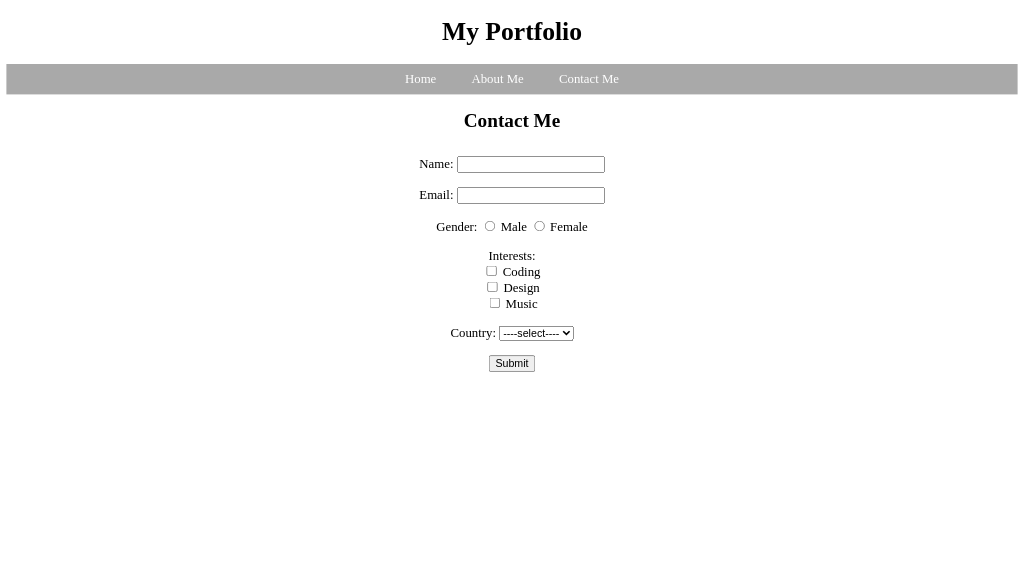
Repository: harshitanthal1/my_portfolio
Page: public/contactme.html
The author's editor kept a copy of each file at every save. The page is drawn from the files as they stood at one save, then again after the next save.
The browser window is 1280 px wide. The pictures show the whole page, at 80% of full size.

Above is the page before, as saved 2024-02-04 11:20:25.

### public/contactme.html
<!DOCTYPE html>
<html lang="en">
<head>
    <meta charset="UTF-8">
    <meta name="viewport" content="width=device-width, initial-scale=1.0">
    <title>My Portfolio</title>
    <link rel="stylesheet" href="styles/styles.css" />
</head>
<body>
    <header><h1>My Portfolio</h1></header>
    <nav>
        <li><a href="index.html" >Home</a></li>
        <li><a href="aboutme.html" >About Me</a></li>
        <li><a href="contactme.html" >Contact Me</a></li>
    </nav>

    <h2>Contact Me</h2>
  <form>
    <label for="name">Name:</label>
    <input type="text" id="name" name="name" required>
    <br />
    <br />

    <label for="email">Email:</label>
    <input type="email" id="email" name="email" required>
    <br />
    <br />

    <label>Gender:</label>
    <label><input type="radio" name="gender" value="male"> Male</label>
    <label><input type="radio" name="gender" value="female"> Female</label>
    <br />
    <br />

    <label for="interests">Interests:</label><br />
    <label><input type="checkbox" name="interests" value="coding"> Coding</label><br />
    <label><input type="checkbox" name="interests" value="design"> Design</label><br />
    <label><input type="checkbox" name="interests" value="music"> Music</label><br />
    <br />

    <label for="country">Country:</label>
    <select id="country" name="country">
      <option value="select">----select----</option>
      <option value="india">India</option>
      <option value="usa">USA</option>
      <option value="canada">Canada</option>
      <option value="uk">UK</option>
    </select>
    <br />
    <br />

    <input type="submit" value="Submit">
  </form>
</body>
</html>

### styles/styles.css
header {
    text-align: center;
}

nav {
    background-color: darkgrey;
    color: white;
    padding: 10px;
    text-align: center;
}

li {
    display: inline;
    margin-right: 20px;
    margin-left: 20px;
}

a {
    text-decoration: none;
    color: white;
}

main {
    display: flex;
    flex-direction: row;
}

#profile {
    width: 29%;
    margin-right: 1%;;
    padding: 10px;
    width: 350px;
    border-right: 2px solid black;
}

#info {
    display: flex;
    width: 70%;
    justify-content: space-around;
}

.sub-box {
    width: 30%;
    border: 1.5px solid black;
    border-radius: 25px;
    padding: 10px;
}

h3 {
    text-align: center;
    border-bottom: 1.5px solid black;

}

#profile-summery {
    text-align: justify;
}

#home-intro {
    font-size: 44px;
    margin-left: 3%;
    margin-top: 3%;
    border-left: 2px solid black;
    padding-left: 20px;
}

img {
    border-radius: 50%;
}

h2 {
    text-align: center;
}

form {
    margin: 30px;
    text-align: center;
}

After the next save:
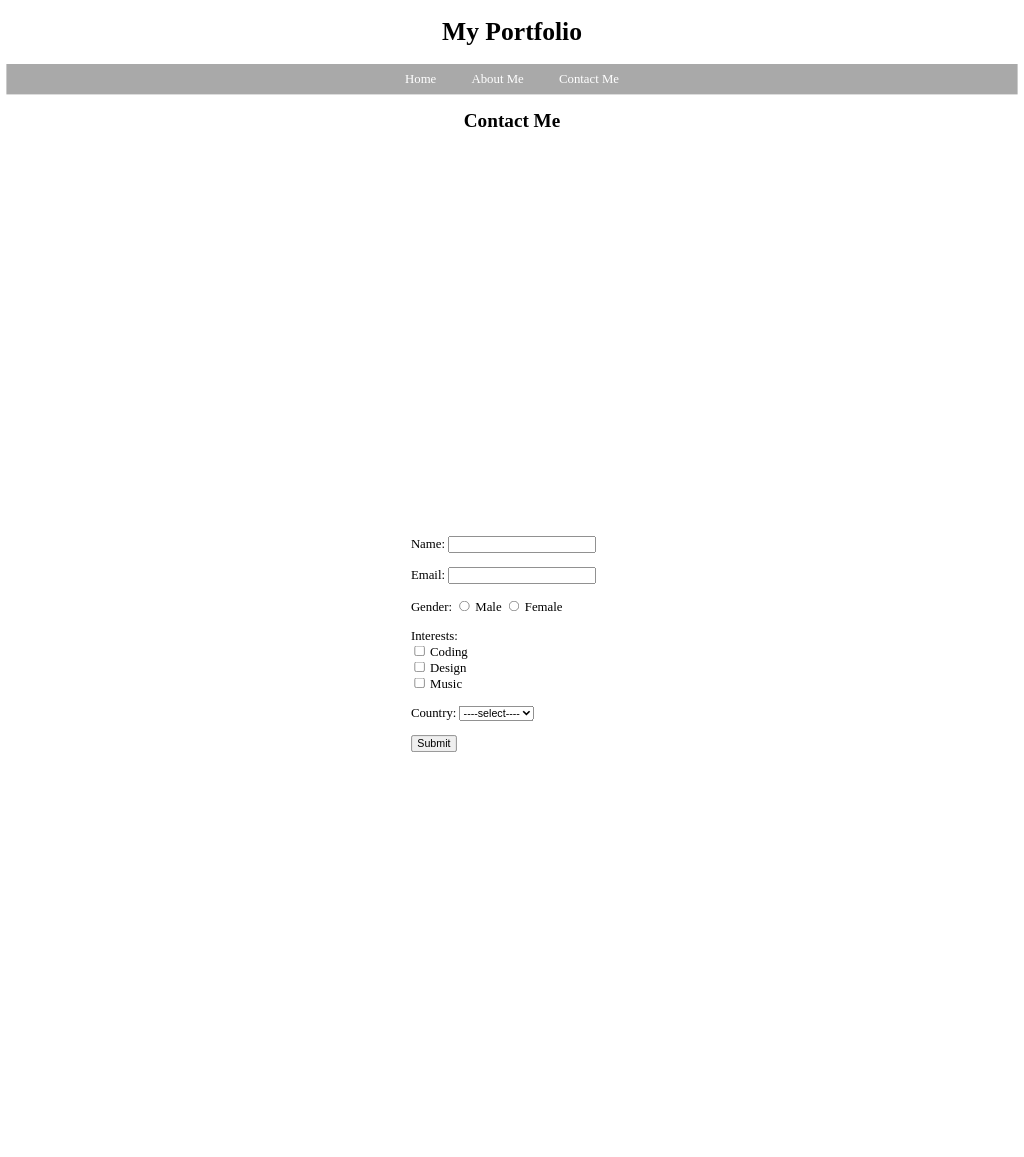
Saved 29 s later.
--- a/styles/styles.css
+++ b/styles/styles.css
@@ -73,6 +73,6 @@ h2 {
 }
 
 form {
-    margin: 30px;
-    text-align: center;
+    margin: 40%;
+
 }
